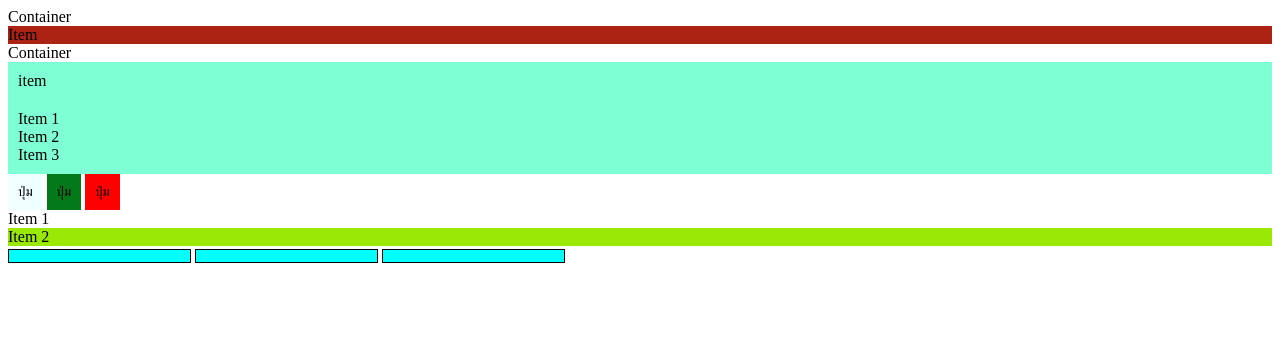
Repository: Onpreeya1/241-2567-820-
Page: index2.html
These files come from the project's save history. The page is drawn as it stood at one moment and after the next save; the edit follows.
The browser window is 1280 px wide. The pictures show the whole page.

Above is the page before, as saved 2024-12-23 15:11:45.

### index2.html
<!DOCTYPE html>
<html lang="en">
<head>
    <meta charset="UTF-8">
    <meta name="viewport" content="width=device-width, initial-scale=1.0">
    <title>Document</title>
    <style>
        .container .item{
            background-color: rgb(172, 34, 19);
        }
        .main-container >  .item{
            background-color: aquamarine;
            padding: 10px;
        }
        .button{
            background-color: azure;
            border: 0px;
            padding:  10px;
        }
        .button.active{
            background-color: rgb(4, 121, 25);
        }
        .button.danger{
            background-color: red;
        }
        .item1 + .item2{
            background-color: rgb(153, 232, 6);
        }
        input[ type=text ]{
            background-color: aqua;
            border: 1px solid black;
            height: 10px ;
        }
    </style>
</head>
<body>
    <!--1. item เป็นลูกของ container-->
    <div class="container">
        Container
        <div class="item">
            Item
        </div>
    </div>

    <!--2. item เป็นลูกของ container เเค่ชั้นเดียว -->
    <div class="main-container">
        Container
        <div class="item">
           item
            </div>
        <div class="item 1">
            Item 1
        <div class="item 2 ">
            Item 2
            </div>
        <div class="item 3" >
            Item 3
            </div>
        </div>
    </div>
    <!--3. มี class ติดกัน-->
    <button class="button">ปุ่ม</button>
    <button class="button active">ปุ่ม</button>
    <button class="button danger">ปุ่ม</button>

    <!--4.เพื่อนกัน (adjecent)-->
    <div class="item1">Item 1</div>
    <div class="item2">Item 2</div>

    <!--5.attribute selector-->
    <input type="text" name="username">
    <input type="text" name="password">
    <input type="text" name="email">

</body>
</html>

After the next save:
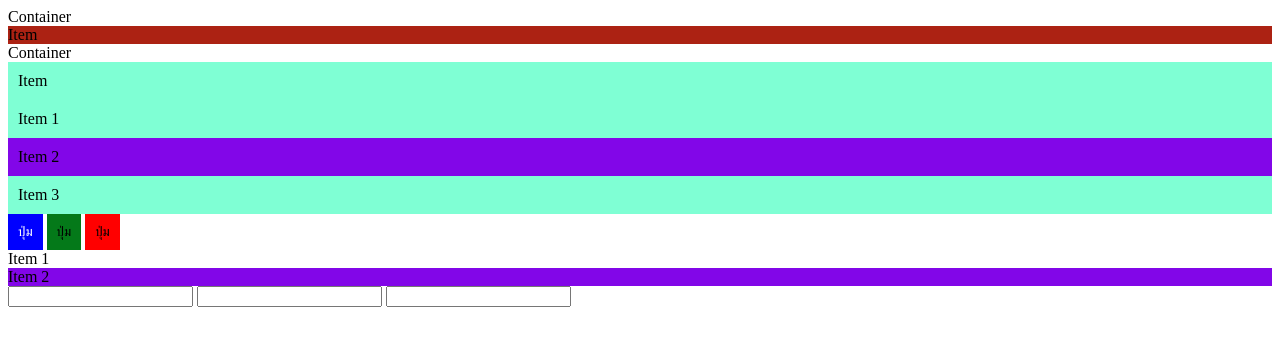
Saved 23 min 34 s later.
--- a/index2.html
+++ b/index2.html
@@ -5,31 +5,35 @@
     <meta name="viewport" content="width=device-width, initial-scale=1.0">
     <title>Document</title>
     <style>
-        .container .item{
+        .container .item {
             background-color: rgb(172, 34, 19);
         }
-        .main-container >  .item{
+        .main-container > .item {
             background-color: aquamarine;
             padding: 10px;
         }
-        .button{
-            background-color: azure;
-            border: 0px;
-            padding:  10px;
+        .button {
+            background-color: rgb(237, 188, 7);
+            border: 0;
+            padding: 10px;
         }
-        .button.active{
+        .button:first-of-type {
+            background-color: blue; /* เปลี่ยนสีปุ่มแรก */
+            color: white; /* เปลี่ยนสีตัวอักษรในปุ่มแรก */
+        }
+        .button.active {
             background-color: rgb(4, 121, 25);
         }
-        .button.danger{
+        .button.danger {
             background-color: red;
         }
-        .item1 + .item2{
-            background-color: rgb(153, 232, 6);
+        .item1 + .item2 {
+            background-color: rgb(130, 6, 232);
         }
-        input[ type=text ]{
-            background-color: aqua;
+        .input[type="text"] {
+            background-color: rgb(251, 255, 0);
             border: 1px solid black;
-            height: 10px ;
+            height: 20px; /* ปรับขนาดให้เหมาะสม */
         }
     </style>
 </head>
@@ -37,40 +41,30 @@
     <!--1. item เป็นลูกของ container-->
     <div class="container">
         Container
-        <div class="item">
-            Item
-        </div>
+        <div class="item">Item</div>
     </div>
 
-    <!--2. item เป็นลูกของ container เเค่ชั้นเดียว -->
+    <!--2. item เป็นลูกของ container เเค่ชั้นเดียว-->
     <div class="main-container">
         Container
-        <div class="item">
-           item
-            </div>
-        <div class="item 1">
-            Item 1
-        <div class="item 2 ">
-            Item 2
-            </div>
-        <div class="item 3" >
-            Item 3
-            </div>
-        </div>
+        <div class="item">Item</div>
+        <div class="item item1">Item 1</div>
+        <div class="item item2">Item 2</div>
+        <div class="item item3">Item 3</div>
     </div>
+
     <!--3. มี class ติดกัน-->
     <button class="button">ปุ่ม</button>
     <button class="button active">ปุ่ม</button>
     <button class="button danger">ปุ่ม</button>
 
-    <!--4.เพื่อนกัน (adjecent)-->
+    <!--4. เพื่อนกัน (adjacent) -->
     <div class="item1">Item 1</div>
     <div class="item2">Item 2</div>
 
-    <!--5.attribute selector-->
+    <!--5. Attribute selector -->
     <input type="text" name="username">
     <input type="text" name="password">
     <input type="text" name="email">
-
 </body>
 </html>
